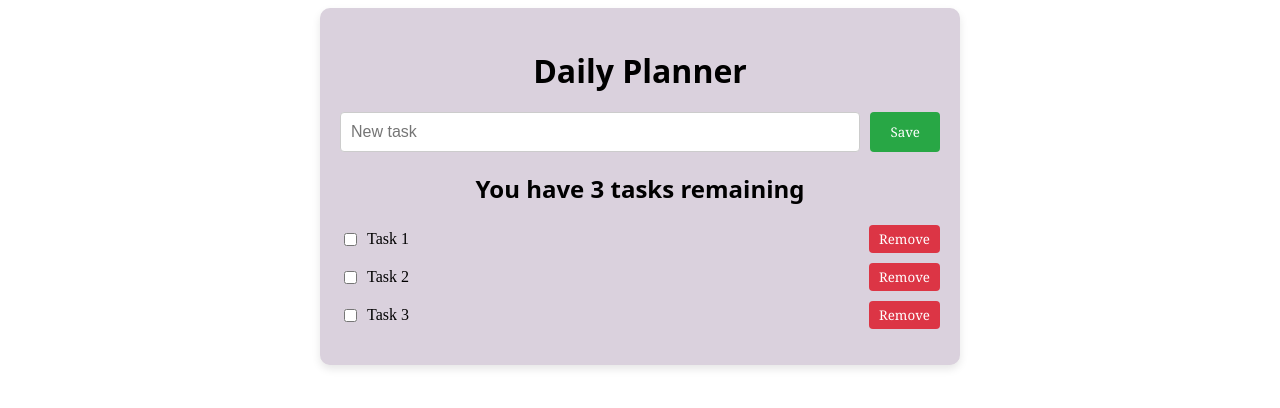
Repository: k8ANStar/lab04-daily-planner
Page: /
The author's editor kept a copy of each file at every save. The page is drawn from the files as they stood at one save, then again after the next save.
The browser window is 1280 px wide. The pictures show the whole page.
The project was rebuilt for these pictures with package versions that can differ from the ones it lists, and the page was loaded fresh each time. Also part of the build but not shown: vite.config.js.

Above is the page before, as saved 2024-10-13 12:40:30.

### src/App.jsx
import React from "react";
import DailyPlanner from "./components/DailyPlanner";
import "./App.css";

function App() {
	return (
		<div>
			<DailyPlanner />
		</div>
	);
}

export default App;

### src/components/DailyPlanner.jsx
import React, { useState } from "react";
import TaskForm from "./TaskForm";
import TaskList from "./TaskList";

const DailyPlanner = () => {
	const initialTasks = [
		{ id: 1, name: "Task 1", completed: false },
		{ id: 2, name: "Task 2", completed: false },
		{ id: 3, name: "Task 3", completed: false },
	];

	const [tasks, setTasks] = useState(initialTasks);

	const addTask = (taskName) => {
		const newTask = {
			id: tasks.length + 1,
			name: taskName,
			completed: false,
		};
		setTasks([...tasks, newTask]);
	};

	const removeTask = (id) => {
		setTasks(tasks.filter((task) => task.id !== id));
	};

	const handleCheck = (id) => {
		setTasks(
			tasks.map((task) =>
				task.id === id ? { ...task, completed: !task.completed } : task
			)
		);
	};

	const remainingTasks = tasks.filter((task) => !task.completed).length;

	return (
		<div className="planner-container">
			<h1>Daily Planner</h1>
			<TaskForm addTask={addTask} />
			<h2>You have {remainingTasks} tasks remaining</h2>
			<TaskList
				tasks={tasks}
				handleCheck={handleCheck}
				removeTask={removeTask}
			/>
		</div>
	);
};

export default DailyPlanner;

### src/App.css
.planner-container {
	max-width: 600px;
	margin: 0 auto;
	padding: 20px;
	background-color: #dad1dd;
	border-radius: 10px;
	box-shadow: 0 4px 8px rgba(0, 0, 0, 0.1);
}

h1,
h2 {
	text-align: center;
	margin-bottom: 20px;
	font-family: system-ui, -apple-system, BlinkMacSystemFont, "Segoe UI", Roboto,
		Oxygen, Ubuntu, Cantarell, "Open Sans", "Helvetica Neue", sans-serif;
}

.task-form {
	display: flex;
	justify-content: space-between;
	margin-bottom: 20px;
}

.task-input {
	flex-grow: 1;
	padding: 10px;
	font-size: 16px;
	border-radius: 4px;
	border: 1px solid #ccc;
	margin-right: 10px;
}

.save-btn {
	padding: 10px 20px;
	background-color: #28a745;
	color: white;
	border: none;
	border-radius: 4px;
	cursor: pointer;
	font-family: Georgia, 'Times New Roman', Times, serif;
}

.save-btn:hover {
	background-color: #218838;
}

.task-list {
	list-style: none;
	padding: 0;
}

.task-item {
	display: flex;
	align-items: center;
	justify-content: space-between;
	margin-bottom: 10px;
}

.task-checkbox {
	margin-right: 10px;
}

.task-name {
	flex-grow: 1;
}

.task-name.completed {
	text-decoration: line-through;
	color: #6c757d;
}

.remove-btn {
	padding: 5px 10px;
	background-color: #dc3545;
	color: white;
	border: none;
	border-radius: 4px;
	cursor: pointer;
	font-family: Georgia, 'Times New Roman', Times, serif;
}

.remove-btn:hover {
	background-color: #92222d;
}

### src/components/TaskForm.jsx
import React, { useState } from "react";

const TaskForm = ({ addTask }) => {
	const [taskName, setTaskName] = useState("");

	const handleSubmit = (e) => {
		e.preventDefault();
		if (taskName.trim()) {
			addTask(taskName);
			setTaskName("");
		}
	};

	return (
		<form onSubmit={handleSubmit} className="task-form">
			<input
				type="text"
				value={taskName}
				onChange={(e) => setTaskName(e.target.value)}
				placeholder="New task"
				className="task-input"
			/>
			<button type="submit" className="save-btn">
				Save
			</button>
		</form>
	);
};

export default TaskForm;

### src/components/TaskList.jsx
import React from "react";
import Task from "./Tasks";

const TaskList = ({ tasks, handleCheck, removeTask }) => {
	return (
		<ul className="task-list">
			{tasks.map((task) => (
				<Task
					key={task.id}
					task={task}
					handleCheck={handleCheck}
					removeTask={removeTask}
				/>
			))}
		</ul>
	);
};

export default TaskList;

### src/components/Tasks.jsx
import React from "react";

const Task = ({ task, handleCheck, removeTask }) => {
	return (
		<li className="task-item">
			<input
				type="checkbox"
				checked={task.completed}
				onChange={() => handleCheck(task.id)}
				className="task-checkbox"
			/>
			<span className={task.completed ? "task-name completed" : "task-name"}>
				{task.name}
			</span>
			<button onClick={() => removeTask(task.id)} className="remove-btn">
				Remove
			</button>
		</li>
	);
};

export default Task;

Loaded but not shown: index.html (common file); src/main.jsx (common file); src/index.css (common file)

After the next save:
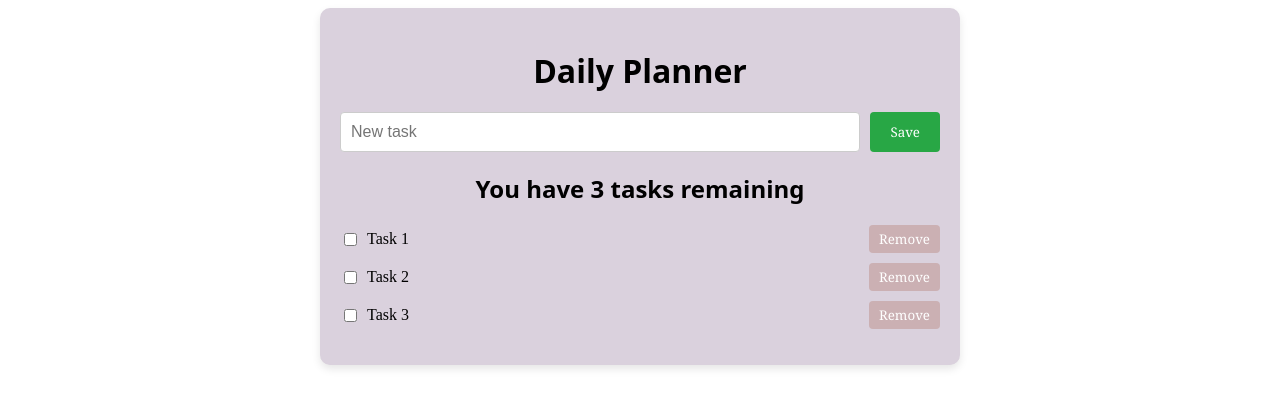
Saved 21 s later.
--- a/src/App.css
+++ b/src/App.css
@@ -71,7 +71,7 @@ h2 {
 
 .remove-btn {
 	padding: 5px 10px;
-	background-color: #dc3545;
+	background-color: #cbb0b3;
 	color: white;
 	border: none;
 	border-radius: 4px;
